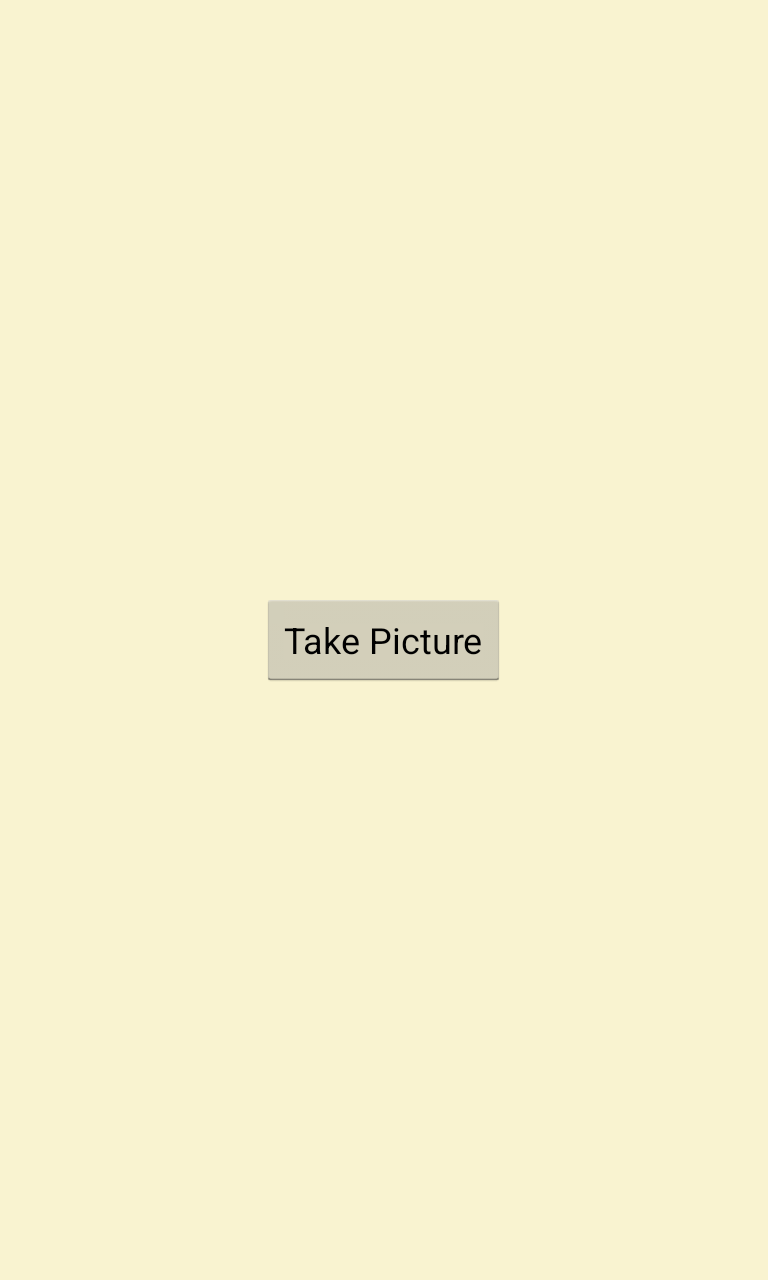
Repository: jemcphe/MDF3
Layout: Week2 Project/Pictcha/res/layout/activity_main.xml
An editor plug-in stored every save of this project. The layout is shown before and after the next save, followed by the edit.
It is drawn on a 768 x 1280 px phone screen (xhdpi) without system bars, with theme AppTheme; the app's code is not run.

Above is the layout before, as saved 2013-07-18 00:09:21.

### Week2 Project/Pictcha/res/layout/activity_main.xml
<RelativeLayout xmlns:android="http://schemas.android.com/apk/res/android"
    xmlns:tools="http://schemas.android.com/tools"
    android:layout_width="match_parent"
    android:layout_height="match_parent"
    android:paddingBottom="@dimen/activity_vertical_margin"
    android:paddingLeft="@dimen/activity_horizontal_margin"
    android:paddingRight="@dimen/activity_horizontal_margin"
    android:paddingTop="@dimen/activity_vertical_margin"
    tools:context=".MainActivity"
    android:background="#f9f3d0" >

    <Button
        android:id="@+id/button1"
        android:layout_width="wrap_content"
        android:layout_height="wrap_content"
        android:layout_centerHorizontal="true"
        android:layout_centerVertical="true"
        android:text="Take Picture" />

</RelativeLayout>

Loaded but not shown: Week2 Project/Pictcha/res/values/styles.xml (common file); Week2 Project/Pictcha/res/values-v11/styles.xml (common file); Week2 Project/Pictcha/res/values-v14/styles.xml (common file); Week2 Project/Pictcha/res/values/dimens.xml (common file)

After the next save:
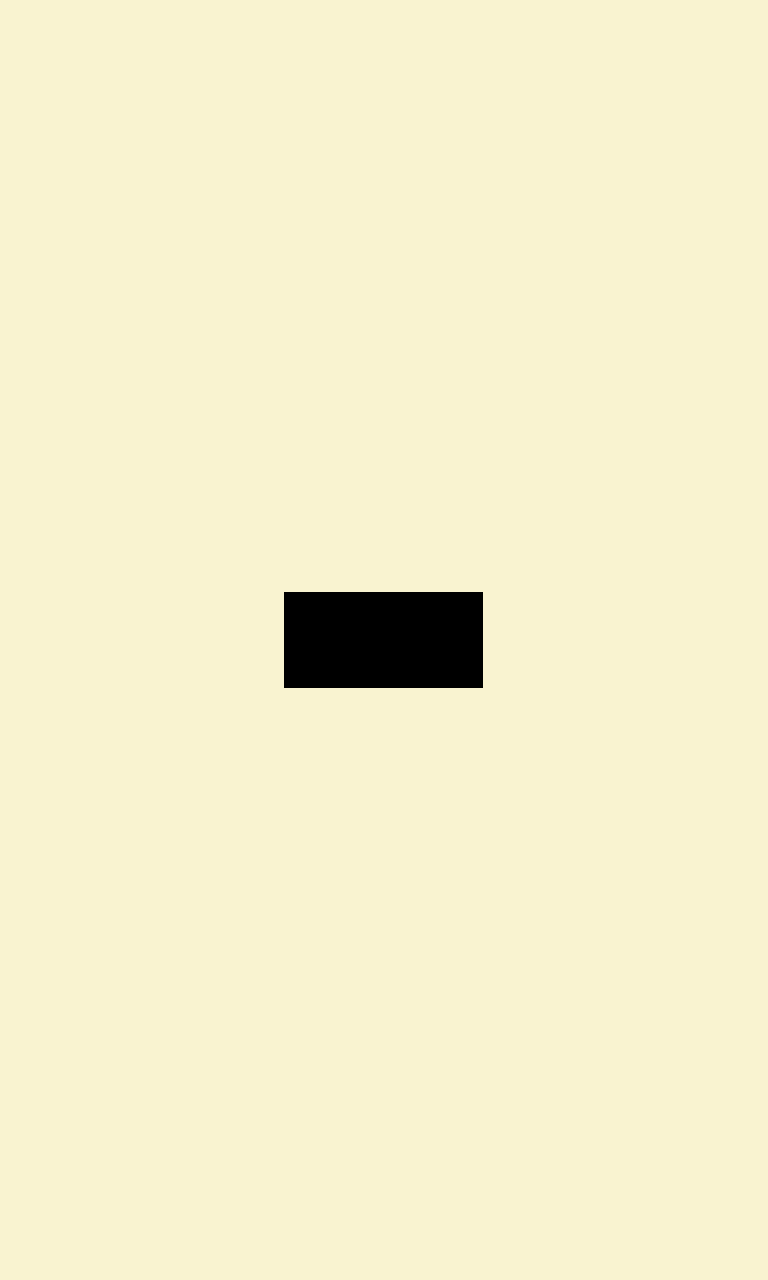
Saved 34 s later.
--- a/Week2 Project/Pictcha/res/layout/activity_main.xml
+++ b/Week2 Project/Pictcha/res/layout/activity_main.xml
@@ -15,6 +15,7 @@
         android:layout_height="wrap_content"
         android:layout_centerHorizontal="true"
         android:layout_centerVertical="true"
-        android:text="Take Picture" />
+        android:text="Take Picture"
+        android:background= "#000000" />
 
 </RelativeLayout>
